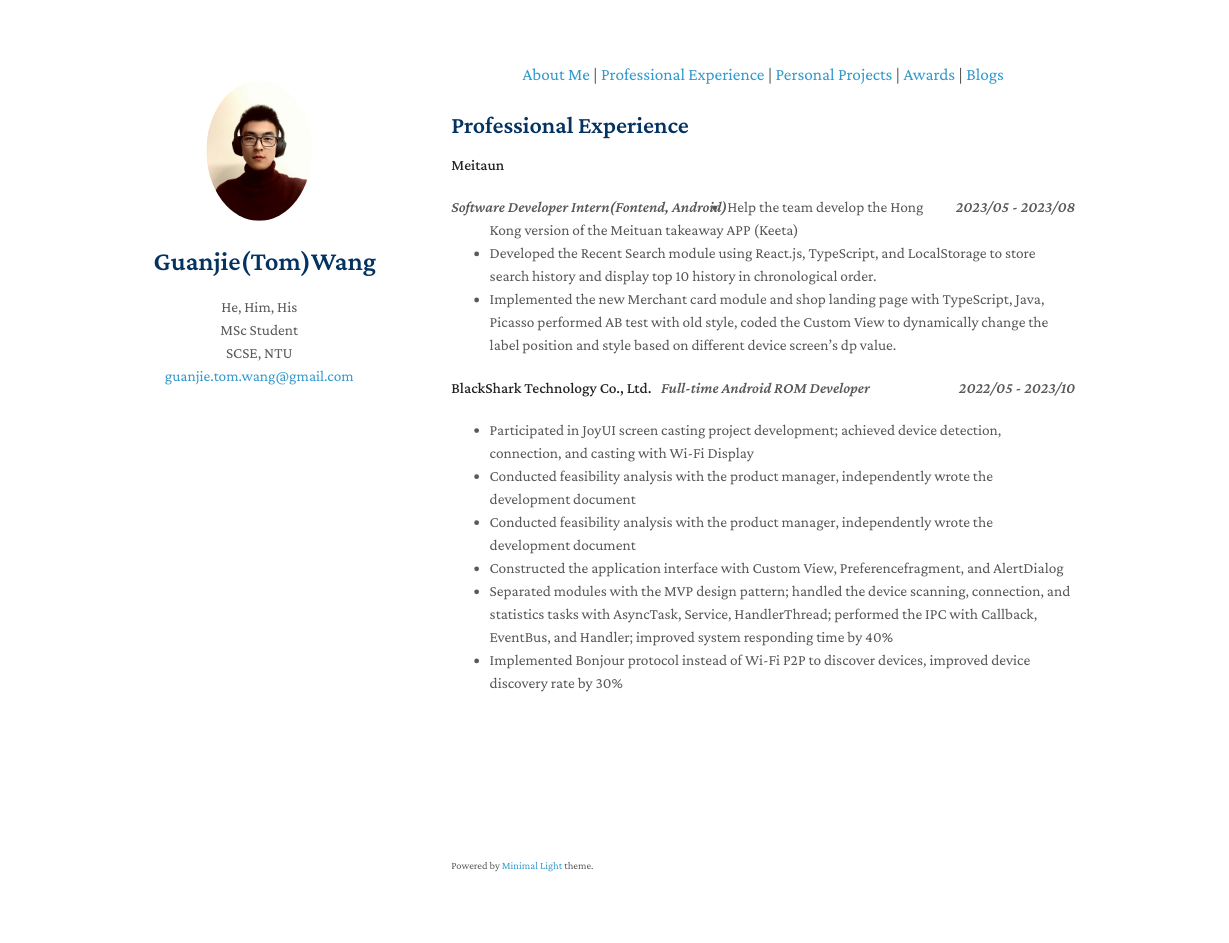
Repository: guanjie01/aboutme
Page: html/professional.html
The author's editor kept a copy of each file at every save. The page is drawn from the files as they stood at one save, then again after the next save.
The browser window is 1280 px wide. The pictures show the whole page, at 96% of full size.

Above is the page before, as saved 2023-07-31 18:40:59.

### html/professional.html
<!DOCTYPE html>
<html lang="en" class="">
  <head>
    <meta http-equiv="Content-Type" content="text/html; charset=UTF-8" />
    <title>Guanjie Wang</title>
    <link rel="shortcut icon" href="../assert/Icon.ico" />
    <meta http-equiv="X-UA-Compatible" content="IE=edge" />
    <meta name="viewport" content="width=device-width, initial-scale=1" />
    <meta
      name="description"
      content="The Minimal Light is a simple and elegant jekyll theme for academic personal homepage."
    />

    <meta name="keywords" content="minimal academic" />

    <link rel="stylesheet" href="../css/academicons.min.css" />

    <link rel="stylesheet" href="../css/all.min.css" />

    <link rel="stylesheet" href="../css/style.css" />
    <link
      type="text/css"
      rel="stylesheet"
      charset="UTF-8"
      href="../css/translateelement.css"
    />
  </head>
  <script src="../js/Professional.js"></script>
  <body data-new-gr-c-s-check-loaded="14.1087.0" data-gr-ext-installed="">
    <div id="app">
      <div class="spinner">
        <div class="rect1"></div>
        <div class="rect2"></div>
        <div class="rect3"></div>
        <div class="rect4"></div>
        <div class="rect5"></div>
      </div>
      <p style="text-align: center; font-size: 28px">Loading, please wait... </p>
    </div>
    <div class="wrapper">
    <header id="hd">
      <a class="image avatar"
        ><img
          src="../assert/Photo.jpg"
          alt="avatar"
          oncontextmenu="return false"
      /></a>

      <h1>Guanjie(Tom)Wang</h1>
      He, Him, His
      <br />
      MSc Student
      <br />

      SCSE, NTU

      <br />
      <a href="mailto: guanjie.tom.wang@gmail.com"
        >guanjie.tom.wang@gmail.com</a
      >
    </header>
    <section id="main">
      <nav id="nav">
        <a href="https://o-guanjiewang-o.github.io/guanjiewang.com/index.html">About Me</a> |
        <a href="https://o-guanjiewang-o.github.io/guanjiewang.com/html/professional.html">Professional Experience</a> |
        <a href="https://o-guanjiewang-o.github.io/guanjiewang.com/html/project.html">Personal Projects</a> |
        <a href="https://o-guanjiewang-o.github.io/guanjiewang.com/html/awards.html">Awards</a> |
        <a href="https://o-guanjiewang-o.github.io/guanjiewang.com/html/blogs.html">Blogs</a>
      </nav>
      <br />
      <div id="work-experience">
        <h2>Professional Experience</h2>
      <p>
          <strong style="float:left;margin-right:10px;">Meitaun<br></strong>
      </br>
         </p>
         <p>
          <em style="float:left;">Software Developer Intern(Fontend, Android)</em>

          <em style="float:right;margin-left:10px;">2023/05 - 2023/08</em>
         </p>

<div>

        <ul>
          <li>
            Help the team develop the Hong Kong version of the Meituan takeaway APP (Keeta)
          </li>
          <li>
            Developed the Recent Search module using React.js, TypeScript, and LocalStorage to store search history and display top 10 history in chronological order.
          </li>
          <li>
            Implemented the new Merchant card module and shop landing page with TypeScript, Java, Picasso performed AB test with old style, coded the Custom View to dynamically change the label position and style based on different device screen’s dp value.
          </li>
        </ul>
      </div>


        <p>
          <strong style="float:left;margin-right:10px;">BlackShark Technology Co., Ltd.<br></strong>

          <em style="float:left;">Full-time Android ROM Developer</em>

          <em style="float:right;margin-left:10px;">2022/05 - 2023/10</em>
      </br>
         </p>

        <ul>
          <li>
            Participated in JoyUI screen casting project development; achieved
            device detection, connection, and casting with Wi-Fi Display
          </li>
          <li>
            Conducted feasibility analysis with the product manager,
            independently wrote the development document
          </li>
          <li>
            Conducted feasibility analysis with the product manager,
            independently wrote the development document
          </li>
          <li>
            Constructed the application interface with Custom View,
            Preferencefragment, and AlertDialog
          </li>
          <li>
            Separated modules with the MVP design pattern; handled the device
            scanning, connection, and statistics tasks with AsyncTask, Service,
            HandlerThread; performed the IPC with Callback, EventBus, and
            Handler; improved system responding time by 40%
          </li>
          <li>
            Implemented Bonjour protocol instead of Wi-Fi P2P to discover
            devices, improved device discovery rate by 30%
          </li>
        </ul>
      </div>

      <div id="reference">
        <br /><br /><br /><br /><br /><br />

        <p>
          <small
            >Powered by
            <a
              href="https://github.com/yaoyao-liu/minimal-light"
              target="_blank"
              rel="noopener"
              >Minimal Light</a
            >
            theme.</small
          >
        </p>
      </div>
    </section>
  </div>
  </body>
</html>

### css/style.css
@import url("https://fonts.googleapis.com/css2?family=Crimson+Pro:ital,wght@0,400;0,500;0,600;1,600&display=swap");
@import url("https://fonts.googleapis.com/css2?family=Ubuntu+Mono&display=swap");
body {
  background-color: #fff;
  padding: 0px;
  font: 16px/1.5 Crimson Pro, serif;
  color: #595959;
  font-weight: 400;
  margin: 0;
}
@keyframes fadeInAnimation {
  0% {
    opacity: 0; /*设置不透明度*/
  }
  100% {
    opacity: 1;
  }
}
.social-icons a {
  display: inline-block;
  height: 3rem;
  width: 3rem;
  background-color: #495057;
  color: #fff !important;
  border-radius: 100%;
  text-align: center;
  font-size: 1.5rem;
  line-height: 3.1rem;
  margin-right: 1rem;
}
.social-icons a:last-child {
  margin-right: 0;
}
.social-icons a:hover {
  background-color: #000000;
}
autocolor {
  color: #494949;
}
lightonly {
  visibility: visible;
}
darkonly {
  visibility: hidden;
}
education {
  font-weight: 500;
  font-size: 115%;
}
papertitle {
  font-weight: 600;
  font-size: 100%;
}
@media (prefers-color-scheme: dark) {
  body {
    background-color: #20212b;
    color: #dadbdf;
  }
  autocolor {
    color: #dadbdf;
  }
  lightonly {
    visibility: hidden;
  }
  darkonly {
    visibility: visible;
  }
  papertitle {
    color: #eeeff0;
  }
}
.image {
  border-radius: 0.35em;
  border: 0;
  display: inline-block;
  position: relative;
}
.image:before {
  -moz-transition: opacity 0.2s ease-in-out;
  -webkit-transition: opacity 0.2s ease-in-out;
  -ms-transition: opacity 0.2s ease-in-out;
  transition: opacity 0.2s ease-in-out;
  border-radius: 0.35em;
  content: "";
  display: block;
  height: 100%;
  left: 0;
  opacity: 0.5;
  position: absolute;
  top: 0;
  width: 100%;
}
.image.avatar {
  border-radius: 100%;
}
.image.avatar:before {
  display: none;
}
.image.avatar img {
  border-radius: 100%;
  width: 50%;
  padding: 20px;
}
#header .image.avatar {
  margin: 0 0 1em 0;
  width: 8em;
}
h1,
h3,
h4,
h5,
h6 {
  font-weight: 600;
  color: #043361;
  margin: 0 0 20px;
}
h2 {
  color: #043361;
  margin: 2px 0px 15px;
  font-size: 157%;
}
@media (prefers-color-scheme: dark) {
  h1,
  h3,
  h4,
  h5,
  h6 {
    color: #3eb7f0;
  }
  h2 {
    color: #3eb7f0;
  }
}
p,
ul,
ol,
table,
pre,
dl {
  margin: 0 0 20px;
}
h1,
h2,
h3 {
  line-height: 1.1;
}
h1 {
  font-size: 28px;
}
a {
  color: #39c;
  text-decoration: none;
}
a:hover {
  color: #069;
}
@media (prefers-color-scheme: dark) {
  a {
    color: #3eb7f0;
  }
}
a small {
  font-size: 11px;
  color: #777;
  margin-top: -0.3em;
  display: block;
}
a:hover small {
  color: #777;
}
.wrapper {
  width: 960px;
  margin: 0 auto;
}
blockquote {
  border-left: 1px solid #e5e5e5;
  margin: 0;
  padding: 0 0 0 20px;
  font-style: italic;
}
code,
pre {
  font-family: Monaco, Bitstream Vera Sans Mono, Lucida Console, Terminal,
    Consolas, Liberation Mono, DejaVu Sans Mono, Courier New, monospace;
  color: #333;
}
pre {
  max-width: 500px;
  padding: 8px 15px;
  background: #f8f8f8;
  border-radius: 5px;
  border: 1px solid #e5e5e5;
  overflow-x: auto;
}
table {
  width: 100%;
  border-collapse: collapse;
}
th,
td {
  text-align: left;
  padding: 5px 10px;
  border-bottom: 1px solid #e5e5e5;
}
dt {
  color: #444;
  font-weight: 500;
}
th {
  color: #444;
}
@media (prefers-color-scheme: dark) {
  th {
    color: #3eb7f0;
  }
  dt {
    color: #3eb7f0;
  }
}
img {
  max-width: 100%;
}
header {
  width: 220px;
  float: left;
  position: fixed;
  -webkit-font-smoothing: subpixel-antialiased;
  padding-top: 4em;
  text-align: center;
  animation: 1s fadeInAnimation;
  animation-iteration-count: 1;
  animation-fill-mode: forwards;
}
nav {
  text-align: center;
  font-size: large;
  animation: 1s fadeInAnimation;
  animation-iteration-count: 1;
  animation-fill-mode: forwards;
}
#about-me {
  animation: 1s fadeInAnimation;
  animation-iteration-count: 1;
  animation-fill-mode: forwards;
}
#work-experience {
  animation: 1s fadeInAnimation;
  animation-iteration-count: 1;
  animation-fill-mode: forwards;
}

#project {
  animation: 1s fadeInAnimation;
  animation-iteration-count: 1;
  animation-fill-mode: forwards;
}
#Awards {
  animation: 1s fadeInAnimation;
  animation-iteration-count: 1;
  animation-fill-mode: forwards;
}
#reference {
  animation: 1s fadeInAnimation;
  animation-iteration-count: 1;
  animation-fill-mode: forwards;
}
header ul {
  list-style: none;
  height: 40px;
  padding: 0;
  background: #f4f4f4;
  border-radius: 5px;
  border: 1px solid #e0e0e0;
  width: 270px;
}
header li {
  width: 89px;
  float: left;
  border-right: 1px solid #e0e0e0;
  height: 40px;
}
header li:first-child a {
  border-radius: 5px 0 0 5px;
}
header li:last-child a {
  border-radius: 0 5px 5px 0;
}
header ul a {
  line-height: 1;
  font-size: 11px;
  color: #999;
  display: block;
  text-align: center;
  padding-top: 6px;
  height: 34px;
}
header ul a:hover {
  color: #999;
}
header ul a:active {
  background-color: #f0f0f0;
}
strong {
  color: #222;
  font-weight: 500;
}
@media (prefers-color-scheme: dark) {
  strong {
    color: #eeeff0;
  }
}
header ul li + li + li {
  border-right: none;
  width: 89px;
}
header ul a strong {
  font-size: 14px;
  display: block;
  color: #222;
}
section {
  width: 650px;
  float: right;
  padding-top: 4em;
  padding-bottom: 50px;
}
small {
  font-size: 11px;
}
hr {
  border: 0;
  background: #e5e5e5;
  height: 1px;
  margin: 0 0 20px;
}
footer {
  width: 220px;
  float: left;
  position: fixed;
  bottom: 30px;
  -webkit-font-smoothing: subpixel-antialiased;
  text-align: center;
}
@media print, screen and (max-width: 960px) {
  div.wrapper {
    width: auto;
    margin: 0;
  }
  header,
  section,
  footer {
    float: none;
    position: static;
    width: auto;
  }
  header {
    padding-right: 320px;
  }
  section {
    border: 1px solid #e5e5e5;
    border-width: 1px 0;
    padding: 20px 0;
    margin: 0 0 20px;
  }
  header a small {
    display: inline;
  }
  header ul {
    position: absolute;
    right: 50px;
    top: 52px;
  }
  .image.avatar img {
    border-radius: 100%;
    width: 117px;
    padding: 20px;
  }
  #head1o2 {
    visibility: hidden;
  }
  #head2o2 {
    visibility: hidden;
  }
}
@media print, screen and (max-width: 960px) {
  body {
    word-wrap: break-word;
    padding: 15px;
  }
  header {
    padding: 0;
  }
  pre,
  code {
    word-wrap: normal;
  }
}
@media print, screen and (max-width: 480px) {
  body {
    padding: 15px;
  }
  header ul {
    width: 99%;
  }
  header li,
  header ul li + li + li {
    width: 33%;
  }
  .image.avatar img {
    border-radius: 100%;
    width: 95px;
    padding: 20px;
  }
  #head1o2 {
    visibility: hidden;
  }
  #head2o2 {
    visibility: hidden;
  }
}
@media print {
  body {
    padding: 0.4in;
    font-size: 12pt;
    color: #444;
  }
}
.biblink {
  text-decoration: none;
  display: inline;
  margin-right: 0px;
}
.fakelink {
  text-decoration: none;
  cursor: pointer;
}
.bibref {
  font-size: 70%;
  margin-top: 10px;
  margin-left: 0px;
  display: none;
  font-family: monospace;
}

.spinner {
  margin: 50px auto;
  width: 300px;
  height: 300px;
  text-align: center;
  font-size: 10px;
}

.spinner > div {
  background-color: #043361;
  height: 100%;
  width: 20px;
  display: inline-block;
  -webkit-animation: stretchDelay 1.2s infinite ease-in-out;
  animation: stretchDelay 1.2s infinite ease-in-out;
}

.spinner .rect2 {
  margin-left: 30px;
  -webkit-animation-delay: -1.1s;
  animation-delay: -1.1s;
}

.spinner .rect3 {
  margin-left: 30px;
  -webkit-animation-delay: -1s;
  animation-delay: -1s;
}

.spinner .rect4 {
  margin-left: 30px;
  -webkit-animation-delay: -0.9s;
  animation-delay: -0.9s;
}

.spinner .rect5 {
  margin-left: 30px;
  -webkit-animation-delay: -0.8s;
  animation-delay: -0.8s;
}

@-webkit-keyframes stretchDelay {
  0%,
  40%,
  100% {
    -webkit-transform: scaleY(0.4);
  }
  20% {
    -webkit-transform: scaleY(1);
  }
}

@keyframes stretchDelay {
  0%,
  40%,
  100% {
    transform: scaleY(0.4);
    -webkit-transform: scaleY(0.4);
  }
  20% {
    transform: scaleY(1);
    -webkit-transform: scaleY(1);
  }
}

Loaded but not shown: css/academicons.min.css (library); css/all.min.css (library); js/Professional.js (22 lines, source omitted); css/translateelement.css (924 lines, source omitted)

After the next save:
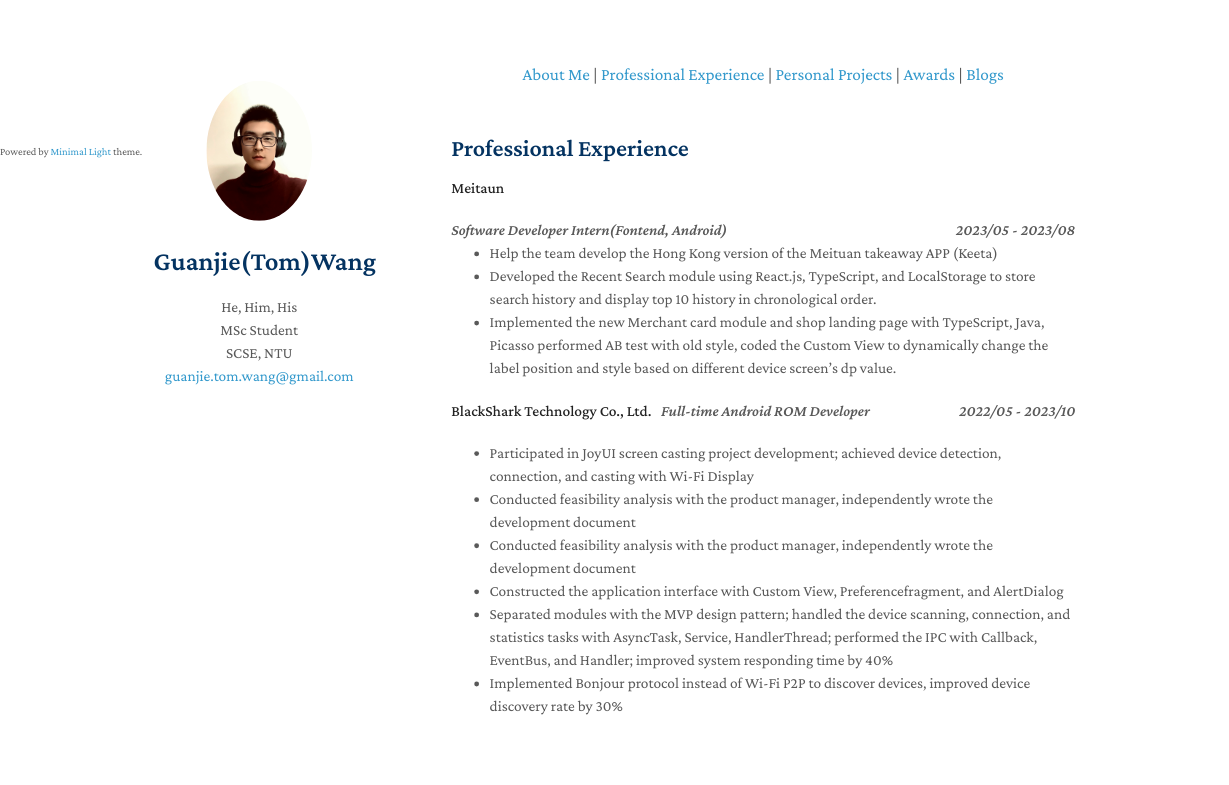
Saved 23 s later.
--- a/html/professional.html
+++ b/html/professional.html
@@ -68,7 +68,7 @@
         <a href="https://o-guanjiewang-o.github.io/guanjiewang.com/html/blogs.html">Blogs</a>
       </nav>
       <br />
-      <div id="work-experience">
+      <br id="work-experience">
         <h2>Professional Experience</h2>
       <p>
           <strong style="float:left;margin-right:10px;">Meitaun<br></strong>
@@ -79,9 +79,7 @@
 
           <em style="float:right;margin-left:10px;">2023/05 - 2023/08</em>
          </p>
-
-<div>
-
+        </br>
         <ul>
           <li>
             Help the team develop the Hong Kong version of the Meituan takeaway APP (Keeta)
@@ -93,7 +91,6 @@
             Implemented the new Merchant card module and shop landing page with TypeScript, Java, Picasso performed AB test with old style, coded the Custom View to dynamically change the label position and style based on different device screen’s dp value.
           </li>
         </ul>
-      </div>
 
 
         <p>
